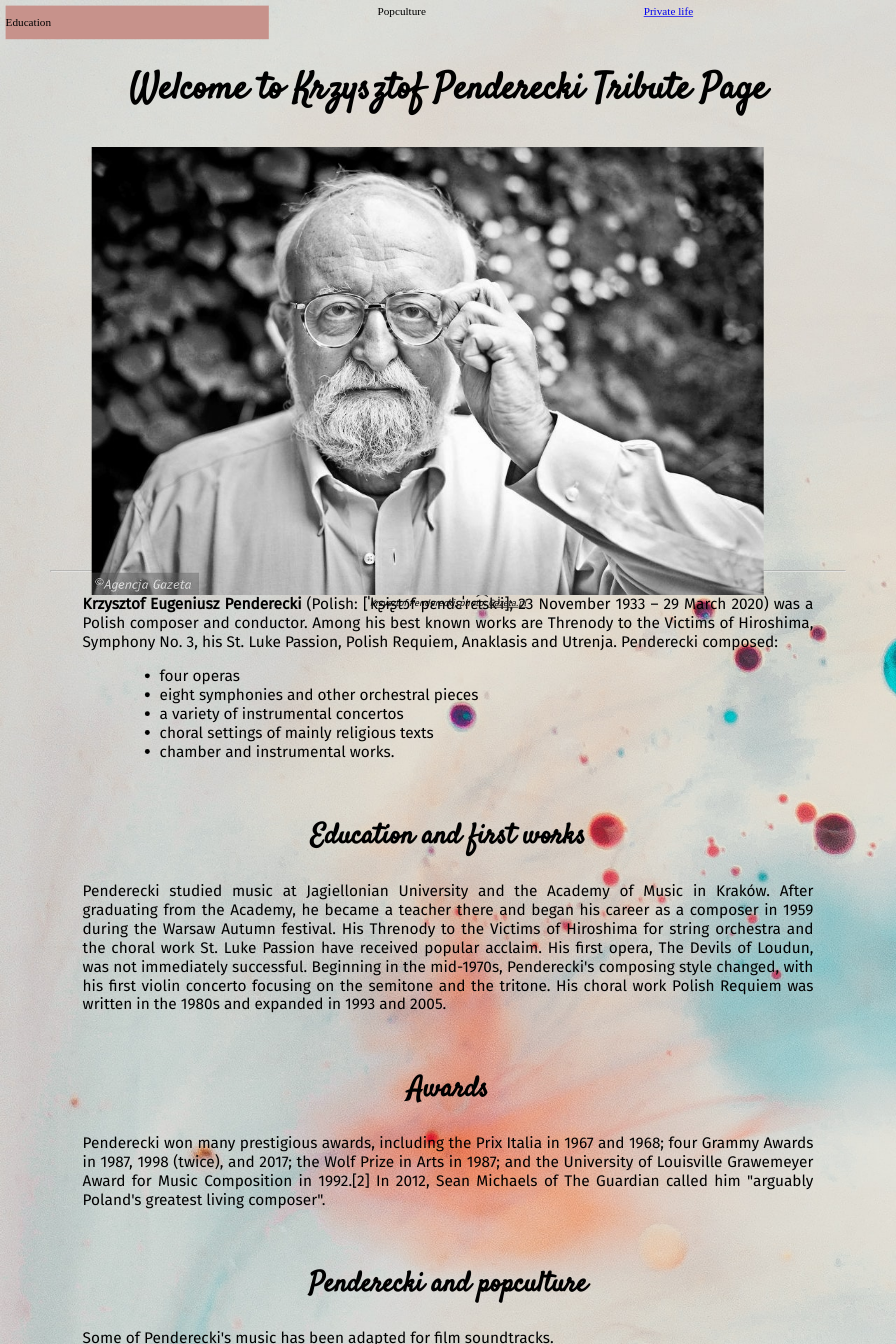
Repository: justynke/tribute_page
Page: index.html
An editor plug-in stored every save of this project. The page is shown before and after the next save, followed by the edit.
The browser window is 1280 px wide. The pictures show the part of the page from y = 0 to 1920 px (the page is 3501 px tall before and 3507 px after), at 70% of full size.

Above is the page before, as saved 2020-04-23 22:50:10.

### index.html
<!DOCTYPE html>
<html lang = "pl-PL">
<head>
    <link href="https://fonts.googleapis.com/css2?family=Satisfy&display=swap" rel="stylesheet">
    <link href="https://fonts.googleapis.com/css2?family=Fira+Sans&display=swap" rel="stylesheet">

    <link rel="stylesheet" type="text/css" href="styles.css">
    <title>Krzysztof Penderecki Tribute Page</title>
</head>
<body id = "main">
    <div id = "nav">
        <div id = "edu""><div>Education</div></div>
        <div id = "pop">Popculture</div>
        <div id = "priv"><a href = "#private">Private life</a></div>
    </div>
    <h1 id = "title">Welcome to Krzysztof Penderecki Tribute Page</h1>
    <div id = "img-div">
        <figure>
            <img id = "image" src = "images/penderecki_01.jpg" alt = "Krzysztof Penderecki">
            <figcaption id = "img-caption">Krzysztof Penderecki, photo: <a href = "http://gazeta.pl">Gazeta.pl</a></figcaption>
        </figure>
    </div>

    <hr>
<div id = "tribute-info">
    <p>
        <b>Krzysztof Eugeniusz Penderecki</b> (Polish: [ˈkʂɨʂtɔf pɛndɛˈrɛt͡skʲi]; 23 November 1933 – 29 March 2020) was a Polish composer and conductor. Among his best known works are Threnody to the Victims of Hiroshima, Symphony No. 3, his St. Luke Passion, Polish Requiem, Anaklasis and Utrenja. Penderecki composed:
        <ul>
            <li>four operas</li>
            <li>eight symphonies and other orchestral pieces</li>
            <li>a variety of instrumental concertos</li>
            <li>choral settings of mainly religious texts</li>
            <li>chamber and instrumental works.</li>
        </ul>
    </p>

    <h2>Education and first works</h2>
    <p>Penderecki studied music at Jagiellonian University and the Academy of Music in Kraków. After graduating from the Academy, he became a teacher there and began his career as a composer in 1959 during the Warsaw Autumn festival. His Threnody to the Victims of Hiroshima for string orchestra and the choral work St. Luke Passion have received popular acclaim. His first opera, The Devils of Loudun, was not immediately successful. Beginning in the mid-1970s, Penderecki's composing style changed, with his first violin concerto focusing on the semitone and the tritone. His choral work Polish Requiem was written in the 1980s and expanded in 1993 and 2005.</p>

    <h2>Awards</h2>
    <p>Penderecki won many prestigious awards, including the Prix Italia in 1967 and 1968; four Grammy Awards in 1987, 1998 (twice), and 2017; the Wolf Prize in Arts in 1987; and the University of Louisville Grawemeyer Award for Music Composition in 1992.[2] In 2012, Sean Michaels of The Guardian called him "arguably Poland's greatest living composer".</p>

<h2>Penderecki and popculture</h2>
<p>Some of Penderecki's music has been adapted for film soundtracks.</p>
    <h3>The Exorcist (1973)</h3>
    <p>features his String Quartet and Kanon For Orchestra and Tape; fragments of the Cello Concerto and The Devils of Loudun. Writing about The Exorcist, the film critic for The New Republic wrote that "even the music is faultless, most of it by Krzysztof Penderecki, who at last is where he belongs."</p>
    <h3>The Shining (1980)</h3>
    <p> features six pieces of Penderecki's music:[1] Utrenja II: Ewangelia, Utrenja II: Kanon Paschy, The Awakening of Jacob, De Natura Sonoris No. 1, De Natura Sonoris No. 2 and Polymorphia.</p>
    <h3>David Lynch has used Penderecki's music in following films:</h3>
    <ol>
        <li>Wild at Heart (1990)</li>
        <li>Inland Empire (2006)</li>
        <li>TV series Twin Peaks (2017)</li>
    </ol>
    <h3>Fearless (1993) by Peter Weir</h3>
    <p>Rhe piece Polymorphia was once again used here for an intense plane crash scene, seen from the point of view of the passenger played by Jeff Bridges. </p>

    <h3>Children of Men (2006)</h3>
     <p>Threnody for the Victims of Hiroshima was also used during one of the final sequences in the film. Penderecki composed music for Andrzej Wajda's 2007 Academy Award nominated film Katyń, while Martin Scorsese's Shutter Island (2010) featured his Symphony No. 3 and Fluorescences.

        <h3>Popular music</h3>
    <p>Some of Penderecki's oeuvre inspired Jonny Greenwood of Radiohead to release an album, which thereafter appeared in his score for There Will Be Blood, a 2007 Paul Thomas Anderson film.</p>

    <h2 id = "private">Private life</h2>
    <p>Penderecki had three children, first a daughter Beata with pianist Barbara Penderecka (née Graca; married 1954, then divorced). He then had a son Łukasz (b. 1966) and daughter Dominika (b. 1971) with his second wife, Elżbieta Penderecka (née Solecka), whom he married on 19 December 1965. He lived in the Kraków suburb of Wola Justowska.</p>

    <h2>More information</h2>
        <p>You can easily gain more information about Krzysztof Penderecki on the Internet. The first source you can use is of course <a href = "https://en.wikipedia.org/wiki/Krzysztof_Penderecki" target="_blank" id = "tribute-link">Wikipedia.</a> Feel free to read a little bit more about him and maybe to enjoy his contemporary music?</p>
    </div>
    <script src="https://cdn.freecodecamp.org/testable-projects-fcc/v1/bundle.js"></script>

</body>
</html>

### styles.css
body {
    background-image: url(images/background.jpg);
}

h1 {
    text-align: center;
    font-family: Satisfy;
    font-size: 52px;
    margin-bottom: 0.8em;
}

h2 {
    font-family: Satisfy;
    font-size: 40px;
    margin-top: 2em;
    text-align: center;
}

h3 {
    font-family: Satisfy;
    font-size: 30px;
    text-align: center;
    font-weight: 250;
}

#img-div {
    height: 45vw;
    width: 80vw;
    margin: auto;
}


figure {
    filter: gray; /* IE6-9 */
    -webkit-filter: grayscale(1); /* Google Chrome, Safari 6+ & Opera 15+ */
    filter: grayscale(1);
    border-style: solid;
    border-color: transparent;
    border-radius: 4%;
    margin: auto;
    max-width: 100%;
    max-height: 100%;
    height: auto;
}


figure:hover {
    filter: grayscale(0);
}

figcaption {
    font-family: 'Fira Sans', sans-serif;;
    text-align: center;
    font-style: italic;
    font-size: small;
    font-weight: 100;
}


hr {
    margin-top: 2em;
    margin-bottom: 2em;
    margin-left: 4em;
    margin-right: 4em;
}

p {
    padding-left: 5em;
    padding-right: 5em;
    font-family: 'Fira Sans', sans-serif;
    font-size: 22px;
    text-align: justify;
}

ul {
    padding-left: 10em;
    font-family: 'Fira Sans', sans-serif;
    font-size: 22px;
}

ol {
    padding-left: 10em;
    font-family: 'Fira Sans', sans-serif;
    font-size: 22px;
}

#nav {
    display: flex;
    justify-content: space-evenly;
    width: 90%;
    height: 3em;
}

#edu {
    display: flex;
    background-color: #c7928b;
    flex-grow: 1;
    text-align: center;
    align-items: center;
    justify-items: center;
}

#pop {
    flex-grow: 1;
    text-align: center;
}

#priv {
    flex-grow: 1;
    text-align: center;
}

After the next save:
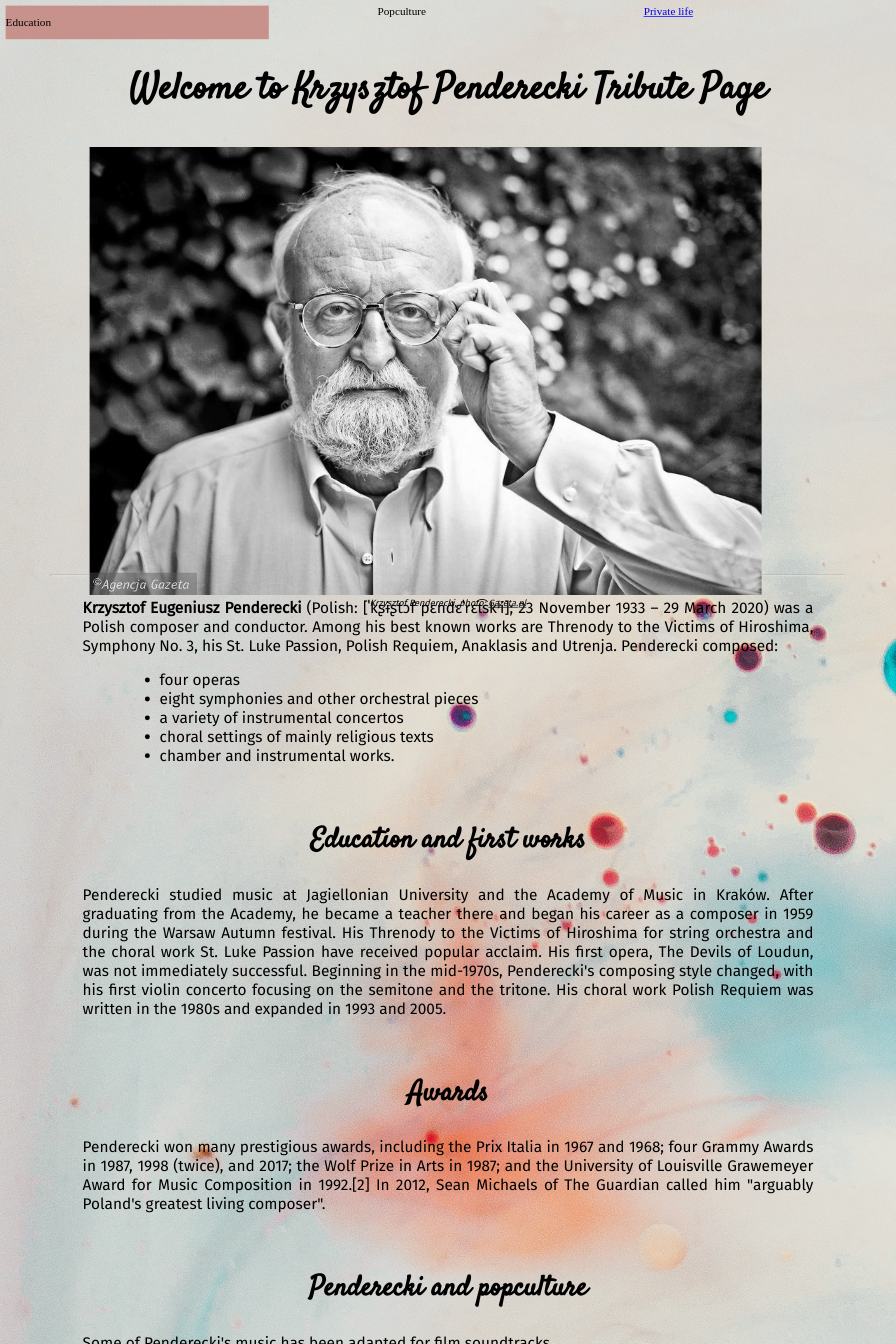
Saved 17 min 32 s later.
--- a/index.html
+++ b/index.html
@@ -14,12 +14,13 @@
         <div id = "priv"><a href = "#private">Private life</a></div>
     </div>
     <h1 id = "title">Welcome to Krzysztof Penderecki Tribute Page</h1>
-    <div id = "img-div">
-        <figure>
+    <figure>
+        <div id = "img-div">
             <img id = "image" src = "images/penderecki_01.jpg" alt = "Krzysztof Penderecki">
             <figcaption id = "img-caption">Krzysztof Penderecki, photo: <a href = "http://gazeta.pl">Gazeta.pl</a></figcaption>
-        </figure>
+
     </div>
+</figure>
 
     <hr>
 <div id = "tribute-info">
